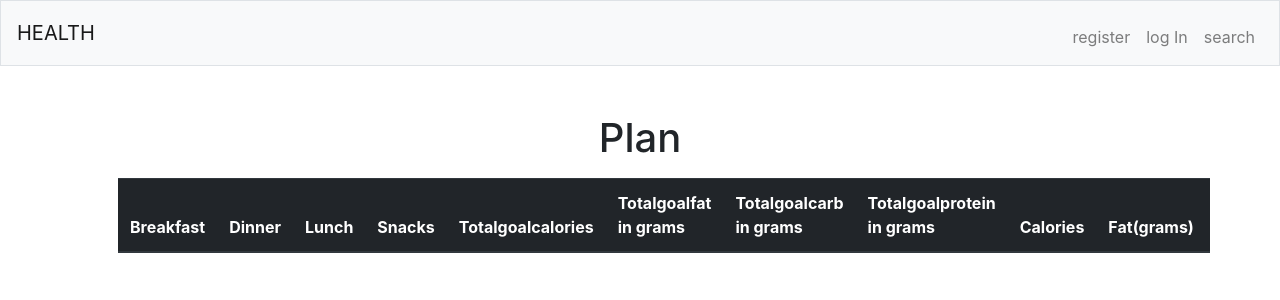
Repository: bahgaat/cs50
Page: templates/plan.html
The author's editor kept a record of every edit. The page is drawn from the files as they stood at one moment, then again after the next edit.
The browser window is 1280 px wide. The pictures show the whole page.
The page is served by the project's application, run on Flask 3 (applications.py). Other server files are loaded and not shown. The template is opened directly, without the code that normally fills it, so the values that code supplies are empty.

Above is the page before.

### templates/plan.html
{% extends "layout.html" %}

{% block title %}
    Plan
{% endblock %}

{% block main %}

<form action="/diet" method="GET">
    <h1 class="mb-3">Plan</h1>
    <table class="table">
        <thead class= "thead-dark">


        <tr>
            <th>Breakfast</th>
            <th>Dinner</th>
            <th>Lunch</th>
            <th>Snacks</th>
            <th>Totalgoalcalories</th>
            <th>Totalgoalfat in grams</th>
            <th>Totalgoalcarb in grams</th>
            <th>Totalgoalprotein in grams</th>
            <th>Calories</th>
            <th>Fat(grams)</th>
            <th>Carb(grams)</th>
            <th>Protein(grams)</th>
            <th>Caloriesconsumed</th>
            <th>Remainingcalories</th>
            <th>Fatconsumed in grams</th>
            <th>Remainingfat in grams</th>
            <th>Carbconsumed in grams</th>
            <th>Remainingcarb in grams</th>
            <th>Proteinconsumed in grams</th>
            <th>Remainingprotein in grams</th>
        </tr>


        </thead>
        <tbody>
        {% for food in updateusersgoal %}
        <tr>

             <td>{{food.Breakfast}}</td>
             <td>{{food.Dinner}}</td>
             <td>{{food.Lunch}}</td>
             <td>{{food.Snacks}}</td>
             <td>{{food.Calories}}</td>
             <td>{{food.Fat}}</td>
             <td>{{food.Carb}}</td>
             <td>{{food.Protein}}</td>
             <td></td>
             <td></td>
             <td></td>
             <td></td>
             <td></td>
             <td></td>
             <td></td>
             <td></td>
             <td></td>
             <td></td>
             <td></td>
             <td></td>


        </tr>
        {% endfor %}
        <tr>
             <td></td>
             <td></td>
             <td></td>
             <td></td>
             <td></td>
             <td></td>
             <td></td>
             <td></td>
             <td>{{Totalgoalcalories}}</td>
             <td>{{Totalgoalfat}}</td>
             <td>{{Totalgoalcarb}}</td>
             <td>{{Totalgoalprotein}}</td>
             <td>{{Caloriesconsumed}}</td>
             <td>{{Remainingcalories}}</td>
             <td>{{Fatconsumed}}</td>
             <td>{{Remainingfat}}</td>
             <td>{{Carbconsumed}}</td>
             <td>{{Remainingcarb}}</td>
             <td>{{Proteinconsumed}}</td>
             <td>{{Remainingprotein}}</td>
       </tr>
        </tbody>

    </table>
</form>
{% endblock %}

### templates/layout.html
<!DOCTYPE html>

<html lang="en">

    <head>

        <!-- Required meta tags -->
        <meta charset="utf-8">
        <meta name="viewport" content="width=device-width, initial-scale=1, shrink-to-fit=no">

        <!-- documentation at http://getbootstrap.com/docs/4.1/, alternative themes at https://bootswatch.com/ -->
        <link href="https://maxcdn.bootstrapcdn.com/bootstrap/4.1.3/css/bootstrap.min.css" rel="stylesheet">

        <!-- https://favicon.io/emoji-favicons/money-mouth-face/ -->
        <link href="/static/favicon.ico" rel="icon">

        <link href="/static/styles.css" rel="stylesheet">

        <script src="https://code.jquery.com/jquery-3.3.1.min.js"></script>
        <script src="https://cdnjs.cloudflare.com/ajax/libs/popper.js/1.14.3/umd/popper.min.js"></script>
        <script src="https://maxcdn.bootstrapcdn.com/bootstrap/4.1.3/js/bootstrap.min.js"></script>

        <title>Health: {% block title %}{% endblock %}</title>

    </head>

    <body>

        <nav class="navbar navbar-expand-md navbar-light bg-light border">
            <a class="navbar-brand" href="/"><span class="blue" >HEALTH</span></a>
            <button aria-controls="navbar" aria-expanded="false" aria-label="Toggle navigation" class="navbar-toggler" data-target="#navbar" data-toggle="collapse" type="button">
                <span class="navbar-toggler-icon"></span>
            </button>
            <div class="collapse navbar-collapse" id="navbar">
                {% if session.user_id %}
                    <ul class="navbar-nav mr-auto mt-2">
                        <li class="nav-item"><a class="nav-link" href="/history">history</a></li>
                        <li class="nav-item"><a class="nav-link" href="/diet">diet</a></li>

                    </ul>
                    <ul class="navbar-nav ml-auto mt-2">
                        <li class="nav-item"><a class="nav-link" href="/logout">Log Out</a></li>
                    </ul>
                {% else %}
                    <ul class="navbar-nav ml-auto mt-2">
                        <li class="nav-item"><a class="nav-link" href="/register">register</a></li>
                        <li class="nav-item"><a class="nav-link" href="/login">log In</a></li>
                        <li class="nav-item"><a class="nav-link" href="/search">search</a></li>
                    </ul>
                {% endif %}
            </div>
        </nav>

        {% if get_flashed_messages() %}
            <header>
                <div class="alert alert-primary border text-center" role="alert">
                    {{ get_flashed_messages() | join(" ") }}
                </div>
            </header>
        {% endif %}

        <main class="container p-5">
            {% block main %}{% endblock %}
        </main>


    </body>

</html>

### static/styles.css
nav .nav-brand
{
    font-size: xx-large;
}

nav .nav-brand .blue
{
    color: #537fbe;
}

main .form-control
{
    display: inline-block;
    width: auto;
}

main
{
    overflow-x: auto;
    text-align:left;
}

main img
{
    max-width:100%;
}

.food
{
    text-align:left;
}

#quantity
{
    text-align:left;
}

.Meal
{
    text-align:left;
}

.mb-3
{
    text-align: center;
}

Loaded but not shown: applications.py (1381 lines, source omitted)

After the next edit:
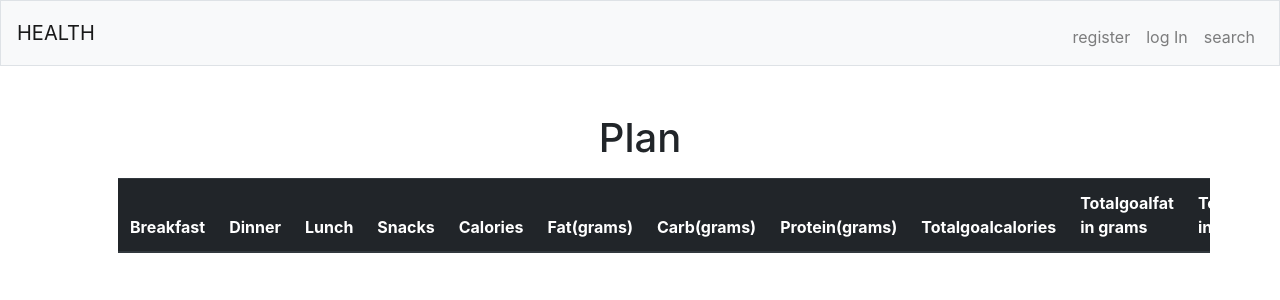
The edit:
--- a/templates/plan.html
+++ b/templates/plan.html
@@ -17,6 +17,10 @@
             <th>Dinner</th>
             <th>Lunch</th>
             <th>Snacks</th>
+            <th>Calories</th>
+            <th>Fat(grams)</th>
+            <th>Carb(grams)</th>
+            <th>Protein(grams)</th>
             <th>Totalgoalcalories</th>
             <th>Totalgoalfat in grams</th>
             <th>Totalgoalcarb in grams</th>
